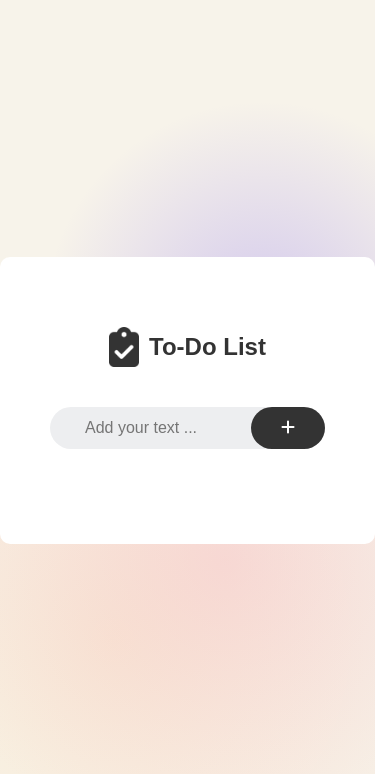
Repository: maltika/To-do_list
Page: index.html
An editor plug-in stored every save of this project. The page is shown before and after the next save, followed by the edit.
The browser window is 375 px wide. The pictures show the whole page.

Above is the page before, as saved 2025-05-20 15:12:05.

### index.html
<!DOCTYPE html>
<html lang="en">
  <head>
    <meta charset="UTF-8" />
    <meta name="viewport" content="width=device-width, initial-scale=1.0" />
    <title>To-do List</title>
    <link rel="stylesheet" href="style.css" />
    <link
      rel="stylesheet"
      href="https://cdnjs.cloudflare.com/ajax/libs/font-awesome/6.5.0/css/all.min.css"
    />
  </head>
  <body>
    <div class="content">
      <div class="todo-app">
        <h2>
          <img src="img/Clipboard.png" />
          To-Do List
        </h2>
        <div class="row">
          <input type="text" id="input-box" placeholder="Add your text ..." />
          <button onclick="addTask()"><i class="fa-solid fa-plus"></i></button>
        </div>
        <ul id="list-container">
            <!-- <li class="checked"> Task 1 </li>
            <li> Task 2 </li>
            <li> Task 3 </li> -->
        </ul>
      </div>
    </div>
    <script src="script.js"></script>
  </body>
</html>

### style.css
body {
    margin: 0;
    padding: 0;
    min-height: 100vh;
    background-color: #f7f3ea;
    /* พื้นหลังหลัก */

    background-image:
        radial-gradient(circle at 70% 40%, rgba(128, 104, 243, 0.3), transparent 40%),
        radial-gradient(circle at 60% 70%, rgba(244, 148, 177, 0.25), transparent 50%),
        radial-gradient(circle at 30% 80%, rgba(255, 204, 140, 0.2), transparent 50%);

    background-repeat: no-repeat;
    background-size: cover;
    font-family: sans-serif;
}

.content {
    display: flex;
    justify-content: center;
    align-items: center;
    height: 100vh;
    /* text-align: center; */
    color: #333;
}

* {
    margin: 0;
    padding: 0;
    font-family: 'Poppins', sans-serif;
    box-sizing: border-box;
}

.todo-app {
    width: 100%;
    max-width: 460px;
    background-color: #fff;
    margin: 100px auto;
    padding: 40px 30px 70px;
    border-radius: 10px;
    border-color: #A6A6A6;
}

.todo-app h2 {
    color: #333;
    display: flex;
    align-items: center;
    margin-top: 30px;
    margin-bottom: 40px;
    justify-content: center;
}

.todo-app h2 img {
    width: 30px;
    margin-right: 10px;
}

.row {
    display: flex;
    align-items: center;
    background: #edeef0;
    border-radius: 30px;
    padding-left: 25px;
    margin-bottom: 25px;
    margin-left: 30px;
    margin-right: 30px;
    gap: 10px;
}

input {
    flex: 1;
    border: none;
    outline: none;
    background: transparent;
    padding: 10px;
    font-size: 16px;
    min-width: 0;
}

button {
    border: none;
    outline: none;
    background: #333;
    color: #fff;
    padding: 12px 30px;
    font-size: 16px;
    cursor: pointer;
    border-radius: 40px;
    white-space: nowrap; /* ป้องกันปุ่มหดเมื่อแคบ */
}

ul li {
    list-style: none;
    font-size: 17px;
    padding: 12px 8px 12px 55px;
    margin-left: 30px;
    margin-right: 30px;
    user-select: none;
    cursor: pointer;
    position: relative;
}

ul li::before {
    content: '';
    position: absolute;
    height: 22px;
    width: 22px;
    border-radius: 50%;
    background-image: url(img/unchecked.png);
    background-size: cover;
    background-position: center;
    top: 11px;
    left: 10px;
}

ul li::after {
    content: '';
    position: absolute;
    left: 8px;
    bottom: -2px;
    width: 100%;
    max-width: 330px;
    height: 1px;

    /* ความหนาของเส้น */
    background-color: #A6A6A6;
    /* สีของเส้น */
    margin-top: 110px;
}

ul li.checked {
    color: #A6A6A6;
    font-style: italic;
    text-decoration: line-through;
}

ul li.checked::before {
    background-image: url(img/checked.png);

}

ul li span {
    position: absolute;
    right: 0;
    top: 5px;
    width: 40px;
    height: 40px;
    font-size: 22px;
    color: #A6A6A6;
    line-height: 40px;
    text-align: center;
    border-radius: 50px;
}

ul li span:hover{
    background-color: #dcdbdb;
}

@media (max-width: 600px) {
  .todo-app {
    width: 100%;
    padding-left: 20px;
    padding-right: 20px;
    box-sizing: border-box; /* สำคัญมาก! */
  }
}

### script.js
const inputBox = document.getElementById("input-box")
const listContainer = document.getElementById("list-container")

function addTask() {
    if (inputBox.value === '') {
        alert("You must write something!");
    }
    else {
        let li = document.createElement("li");
        li.innerHTML = inputBox.value;
        listContainer.appendChild(li);
        let span = document.createElement("span");
        span.innerHTML = "\u00d7";
        li.appendChild(span)
    }
    inputBox.value = "";
    saveData();
}

listContainer.addEventListener("click", function (e) {
    if(e.target.tagName === "LI") {
        e.target.classList.toggle("checked");
        saveData();
    }
    else if(e.target.tagName === "SPAN") {
        e.target.parentElement.remove();
        saveData();
    }
}, false);

function saveData(){
    localStorage.setItem("data" , listContainer.innerHTML);
}

function showTask(){
    listContainer.innerHTML = localStorage.getItem("data");
}
showTask();

After the next save:
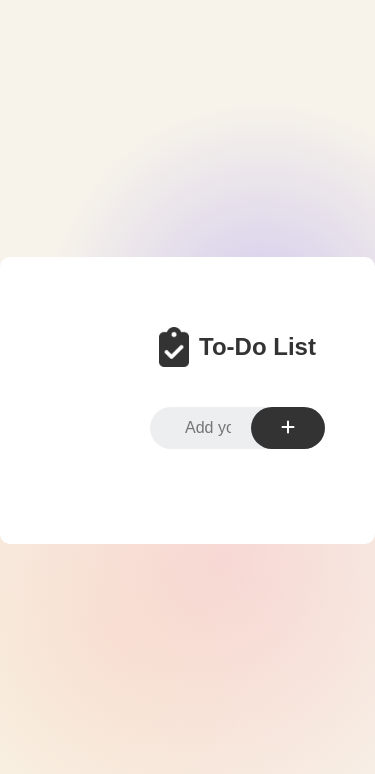
Saved 21 s later.
--- a/style.css
+++ b/style.css
@@ -159,7 +159,7 @@
 @media (max-width: 600px) {
   .todo-app {
     width: 100%;
-    padding-left: 20px;
+    padding-left: 120px;
     padding-right: 20px;
     box-sizing: border-box; /* สำคัญมาก! */
   }

After the save that followed:
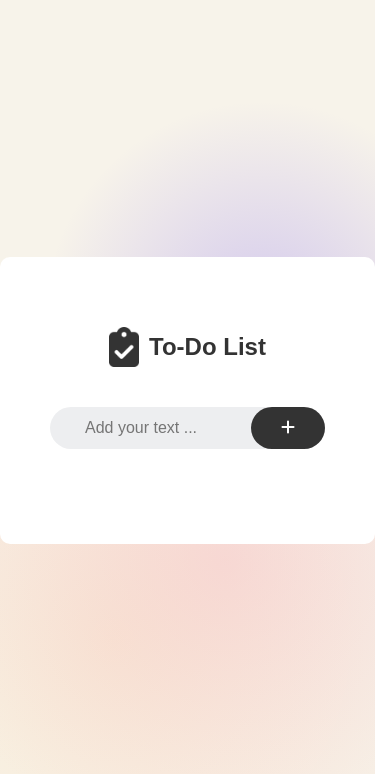
Saved 6 s later.
--- a/style.css
+++ b/style.css
@@ -159,7 +159,7 @@
 @media (max-width: 600px) {
   .todo-app {
     width: 100%;
-    padding-left: 120px;
+    padding-left: 20px;
     padding-right: 20px;
     box-sizing: border-box; /* สำคัญมาก! */
   }
